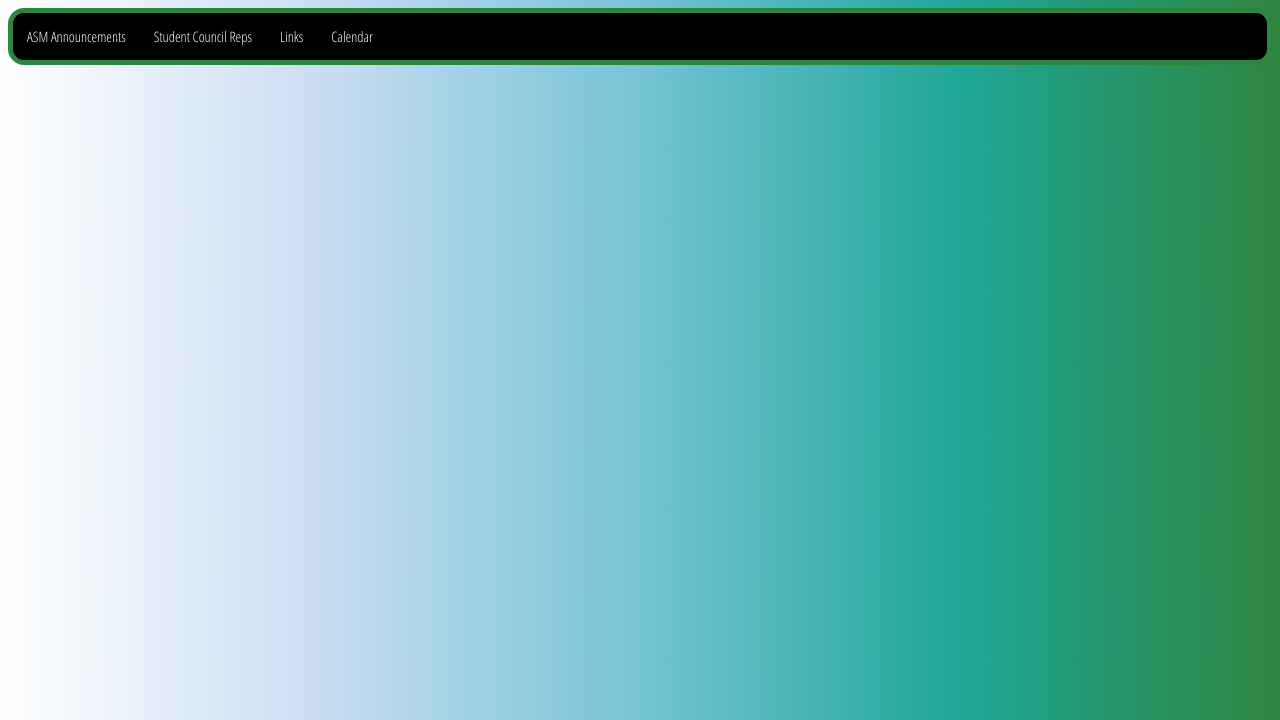
Repository: thecptwaffles/stu-co
Page: index.html
The author's editor kept a copy of each file at every save. The page is drawn from the files as they stood at one save, then again after the next save.
The browser window is 1280 px wide. The pictures show the whole page.

Above is the page before, as saved 2021-12-04 16:33:21.
Console error: TypeError: Cannot set properties of null (setting 'innerHTML')

After the next save:
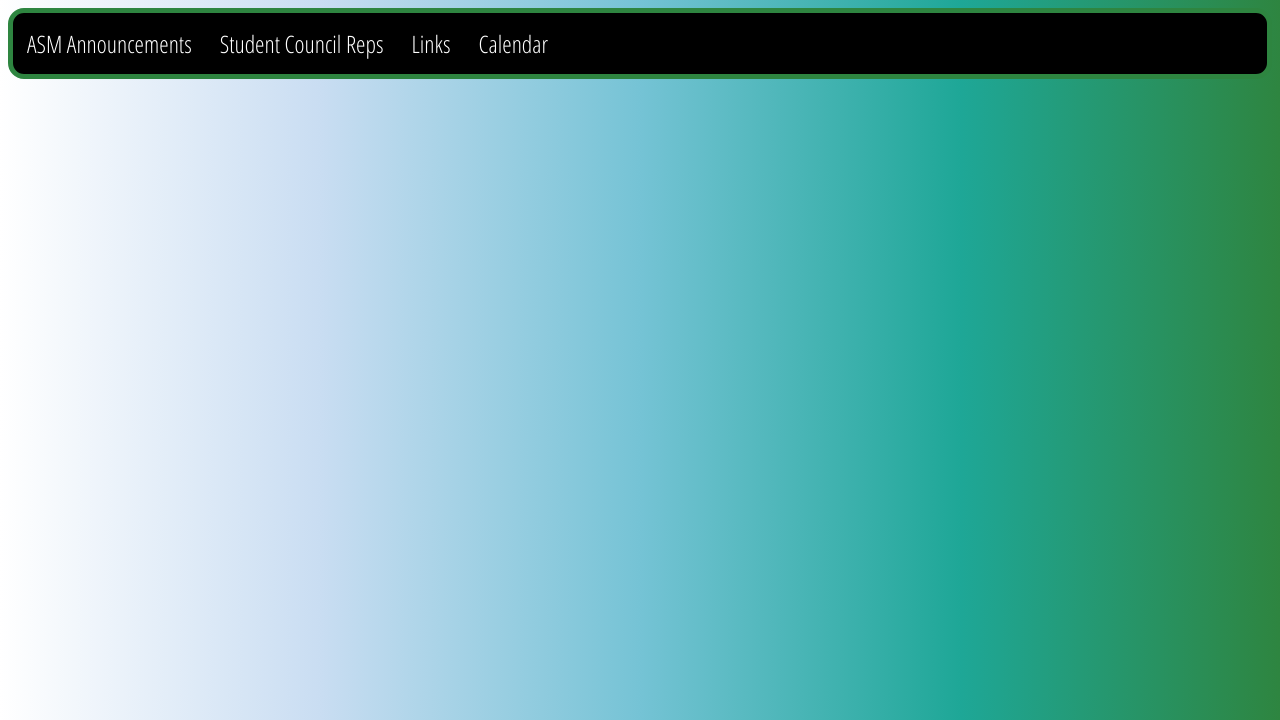
Saved 25 s later.
--- a/style.css
+++ b/style.css
@@ -35,7 +35,7 @@ h1 {
   padding: 14px;
   text-decoration: none;
   cursor: default;
-  font-size: .9rem;
+  font-size: 1.5rem;
 }
 
 .nav-bar a:hover {
